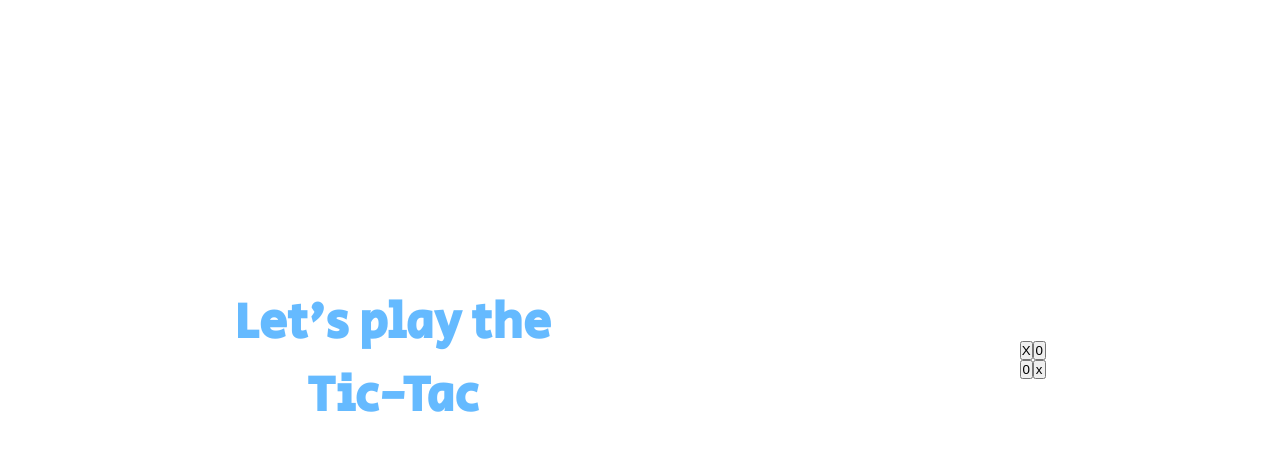
Repository: evergreenx/tic-tac
Page: /
An editor plug-in stored every save of this project. The page is shown before and after the next save, followed by the edit.
The browser window is 1280 px wide. The pictures show the whole page.
The project was rebuilt for these pictures with package versions that can differ from the ones it lists, and the page was loaded fresh each time.

Above is the page before, as saved 2022-04-20 16:49:19.

### src/index.css
@import url('https://fonts.googleapis.com/css2?family=Anton&family=Secular+One&display=swap');



*{
    margin: 0;
    padding: 0;
    box-sizing: border-box;
}

body {

font-family: 'Secular One', sans-serif
}

.App {
  display: flex;
  flex-direction: row;
  align-items: center;
  justify-content: space-around;
  height: 100vh;
}
.heading {
  color:#008cff9a;
  font-size:50px;

}

@media (max-width: 768px) {
  .App {
    flex-direction: column;
  }
}

### src/App.js
import logo from "./logo.svg";
import "./App.css";
import Board from "./components/Board/Index";

function App() {
  return (
    <div className="App">
      <h1 className="heading">
        Let's play the <br /> Tic-Tac
      </h1>

      <Board />
    </div>
  );
}

export default App;

### src/components/Board/Index.js
import React from "react";
import "./Board.scss";

function index() {
  return (
    <div className="board">
      <button>X</button>

      <button>0</button>

      <button>0</button>

      <button>x</button>
    </div>
  );
}

export default index;

### src/components/Board/Board.scss


.board {


    display: grid;
    grid-template-columns: 1fr 1fr;
}

Loaded but not shown: public/index.html (common file); src/index.js (common file); src/reportWebVitals.js (common file); src/App.css (common file)

After the next save:
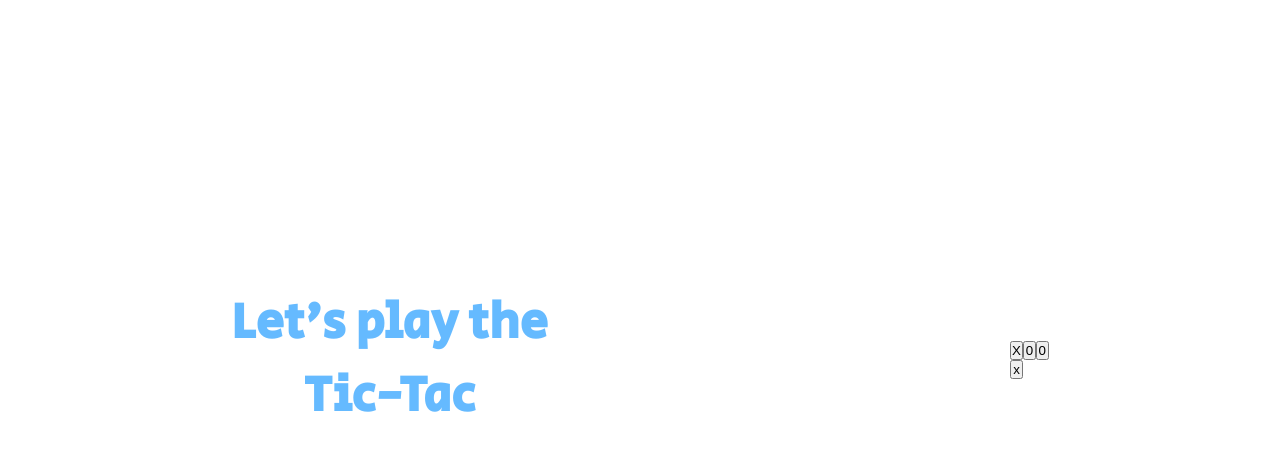
Saved 7 s later.
--- a/src/components/Board/Board.scss
+++ b/src/components/Board/Board.scss
@@ -4,5 +4,5 @@
 
 
     display: grid;
-    grid-template-columns: 1fr 1fr;
+    grid-template-columns: 1fr 1fr 1fr;
 }
